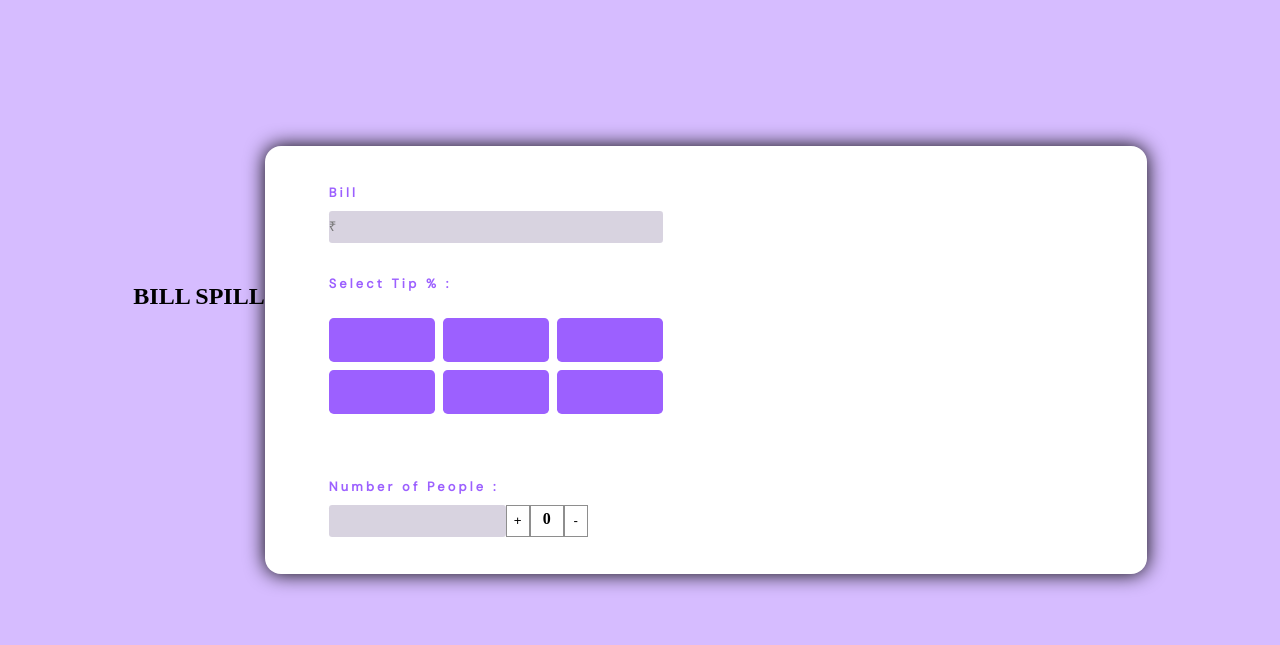
Repository: drumsmanku/micro-project-3
Page: index.html
These files come from the project's save history. The page is drawn as it stood at one moment and after the next save; the edit follows.
The browser window is 1280 px wide. The pictures show the whole page.

Above is the page before, as saved 2023-04-17 19:07:20.

### index.html
<!DOCTYPE html>
<html lang="en">
<head>
  <meta charset="UTF-8">
  <meta http-equiv="X-UA-Compatible" content="IE=edge">
  <meta name="viewport" content="width=device-width, initial-scale=1.0">
  <link rel="stylesheet" href="styles.css">
  <title>Bill Spill</title>
</head>
<body>
  <main>
    <h2>BILL SPILL</h2>
    <div class="entire-container">
      <div class="left-inside-container">
          <label for="amount">Bill</label>
          <input type="number" name="total" id="total-bill" placeholder="₹" >
          <div class="select-container">
            <label for="tip">Select Tip % :</label>
            <div class="button-containers">
              <button class="bt-1 sizing"></button>
              <button class="bt-2 sizing"></button>
              <button class="bt-3 sizing"></button>
              <button class="bt-4 sizing"></button>
              <button class="bt-5 sizing"></button>
              <button class="bt-6 sizing"></button>
            </div>
          </div>
          <label for="people">Number of People : </label>
          <div class="people-container">
            <input type="number" name="people" id="people-number">
            <button id="add-people">+</button>
            <h4 class="center-text">0</h4>
            <button id="sub-people">-</button>
          </div>
      </div>


      <div class="right-inside-container"></div>
    </div>
  </main>
</body>
</html>

### styles.css
@import url('https://fonts.googleapis.com/css2?family=DM+Sans&display=swap');
/* font-family: 'DM Sans', sans-serif; */
*{
  padding: 0;
  margin: 0;
}

main{
  width: 100%;
  height: 100vh;
  display: flex;
  justify-content: center;
  align-items: center;
  background-color:  #D6BCFF;
}

main>h2{
  position: relative;
  top: -4rem;
}

.entire-container{
  width: 818px;
  height: 428px;
  background-color: white;

  display: flex;
  padding-left: 4rem;
  flex-direction: row;
  border-radius: 1rem;
  box-shadow: 0 0 20px black;
}

.left-inside-container{
  display: flex;
  flex-wrap: wrap;
  flex-direction: column;
  justify-content: center;
}

.button-containers{
  display: grid;
  grid-template-columns: repeat(3, minmax(0,1fr));
  grid-template-rows: repeat(2, minmax(0,1fr));
  grid-gap: 0.5rem;
  margin-top: 1rem;
}

.sizing{
  width: 106px;
  height: 44px;
  border: none;
  background-color: #9C60FF;
  border-radius: 0.3rem;
}
.people-container{
  display: flex;
  flex-direction: row;
}
.people-container>h4{
  border: 1px solid #8E8E8E;
  width: 2rem;
  text-align: center;
  padding-top: 4px;
}
.people-container>button{
  background: none;
  border: 1px solid #8E8E8E;
  width: 1.5rem;
}

.select-container{
  display: flex;
  flex-direction: column;
  margin: 2rem 0 4rem 0;
}
input{
  border-radius: 0.2rem;
  border: none;
  background-color: rgba(182, 172, 196, 0.53);
  height: 2rem;
}
label{
  color: #9C60FF;
  font-size: 0.8rem;
  font-family: 'DM Sans';
  font-weight: bold;
  letter-spacing: 0.2rem;
  margin-bottom: 10px;
}

After the next save:
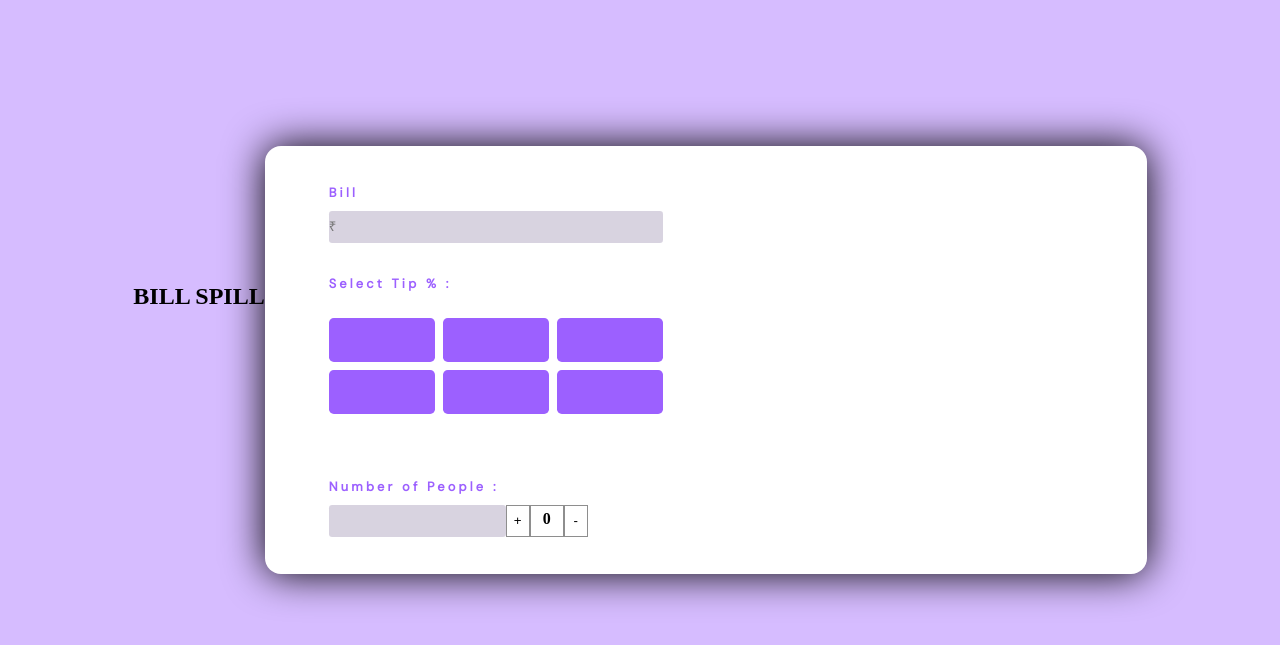
Saved 8 s later.
--- a/styles.css
+++ b/styles.css
@@ -28,7 +28,7 @@ main>h2{
   padding-left: 4rem;
   flex-direction: row;
   border-radius: 1rem;
-  box-shadow: 0 0 20px black;
+  box-shadow: 0 0 40px black;
 }
 
 .left-inside-container{
